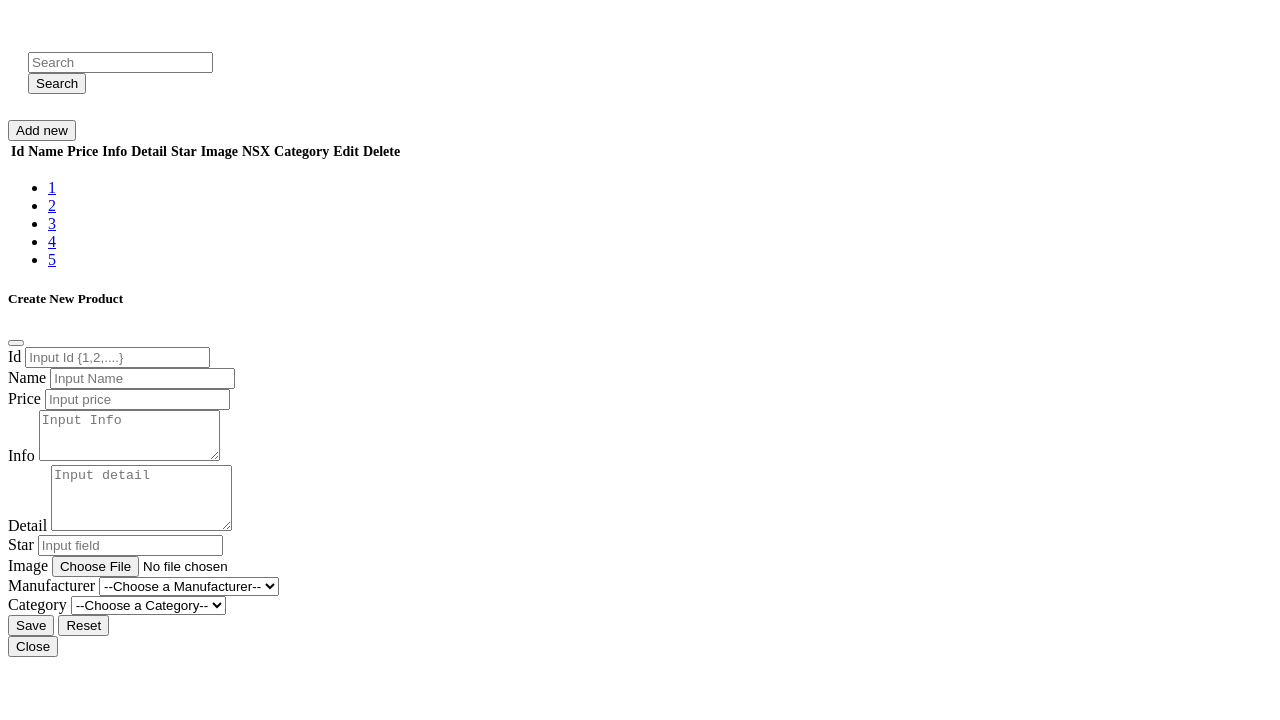
Repository: nguyenhien9/VTI_demo-ecommerce
Page: ADMIN/contentProduct.html
These files come from the project's save history. The page is drawn as it stood at one moment and after the next save; the edit follows.
The browser window is 1280 px wide. The pictures show the whole page.

Above is the page before, as saved 2023-03-31 10:52:23.

### ADMIN/contentProduct.html
<!DOCTYPE html>
<html lang="en">
  <head>
    <meta charset="UTF-8" />
    <meta http-equiv="X-UA-Compatible" content="IE=edge" />
    <meta name="viewport" content="width=device-width, initial-scale=1.0" />
    <title>ContentProduct</title>
  </head>
  <body>
    <div class="col-12 col-sm-12 col-md-12 col-lg-12 col-xl-12 col-xxl-12">
      <br />
      <br />
      <!-- Search -->
      <div class="row justify-content-center g-2">
        <div class="col-12 col-sm-12 col-md-12 col-lg-12 col-xl-12 col-xxl-12">
          <div class="row justify-content-center align-items-center g-2">
            <form
              class="d-flex border rounded w-100"
              style="padding: 8px 8px 8px 20px"
              role="search"
            >
              <div class="col-8 pe-4">
                <input
                  class="form-control me-2"
                  type="search"
                  placeholder="Search"
                  aria-label="Search"
                />
              </div>
              <div class="col-4">
                <button class="btn btn-outline-success" type="submit">
                  Search
                </button>
              </div>
            </form>
          </div>
        </div>
      </div>
      <!-- End Search -->
      <!-- Add product -->
      <br />

      <div class="row justify-content-center border rounded g-2">
        <div class="row justify-content-center g-2 ps-2">
          <div class="col-12">
            <button
              type="button"
              class="btn btn-info text-light"
              data-bs-toggle="modal"
              data-bs-target="#modalId"
            >
              Add new
            </button>
          </div>
        </div>
        <div class="row justify-content-center align-items-center g-2">
          <div class="col-sm-12">
            <div class="table-responsive" style="font-size: 14px">
              <table class="table table-light">
                <thead>
                  <tr>
                    <th scope="col">Id</th>
                    <th scope="col">Name</th>
                    <th scope="col">Price</th>
                    <th scope="col">Info</th>
                    <th scope="col">Detail</th>
                    <th scope="col">Star</th>
                    <th scope="col">Image</th>
                    <th scope="col">NSX</th>
                    <th scope="col">Category</th>
                    <th scope="col">Edit</th>
                    <th scope="col">Delete</th>
                  </tr>
                </thead>
                <tbody id="tableBody">
                  <!-- Row-1 -->

                  <!-- Row-2 -->
                </tbody>
              </table>
            </div>
          </div>
        </div>
        <div class="row justify-content-center align-items-center g-2">
          <div class="col-sm-12">
            <nav aria-label="Page navigation">
              <ul class="pagination ps-4">
                <li class="page-item" aria-current="page">
                  <a class="page-link" href="#">1</a>
                </li>
                <li class="page-item active">
                  <a class="page-link" href="#">2</a>
                </li>
                <li class="page-item"><a class="page-link" href="#">3</a></li>
                <li class="page-item"><a class="page-link" href="#">4</a></li>
                <li class="page-item"><a class="page-link" href="#">5</a></li>
              </ul>
            </nav>
          </div>
        </div>
      </div>
      <!--  Modal Add New  -->
      <!-- Modal Body-->
      <div
        class="modal fade"
        id="modalId"
        tabindex="-1"
        role="dialog"
        aria-labelledby="modalTitleId"
        aria-hidden="true"
      >
        <div class="modal-dialog" role="document">
          <div class="modal-content">
            <div class="modal-header">
              <h5 class="modal-title" id="modalTitleId">Create New Product</h5>
              <button
                type="button"
                class="btn-close"
                data-bs-dismiss="modal"
                aria-label="Close"
              ></button>
            </div>
            <div class="modal-body">
              <div class="container-fluid">
                <div class="col-12">
                  <!-- Product Properties -->

                  <div class="mb-3">
                    <label for="" class="form-label fw-bold">Id</label>
                    <input
                      type="text"
                      name="id"
                      id="id"
                      class="form-control"
                      placeholder="Input Id {1,2,....}"
                    />
                  </div>
                  <div class="mb-3">
                    <label for="" class="form-label fw-bold">Name</label>
                    <input
                      type="text"
                      name="name"
                      id="name"
                      class="form-control"
                      placeholder="Input Name"
                    />
                  </div>
                  <div class="mb-3">
                    <label for="" class="form-label fw-bold">Price</label>
                    <input
                      type="text"
                      name="price"
                      id="price"
                      class="form-control"
                      placeholder="Input price"
                    />
                  </div>
                  <div class="mb-3">
                    <label for="" class="form-label fw-bold">Info</label>
                    <textarea
                      class="form-control"
                      name="info"
                      id="info"
                      rows="3"
                      placeholder="Input Info"
                    ></textarea>
                  </div>
                  <div class="mb-3">
                    <label for="" class="form-label fw-bold">Detail</label>
                    <textarea
                      class="form-control"
                      name="detail"
                      id="detail"
                      rows="4"
                      placeholder="Input detail"
                    ></textarea>
                  </div>
                  <div class="mb-3">
                    <label for="" class="form-label fw-bold">Star</label>
                    <input
                      type="text"
                      name="star"
                      id="star"
                      class="form-control"
                      placeholder="Input field"
                    />
                  </div>
                  <div class="mb-3">
                    <label for="" class="form-label fw-bold">Image</label>
                    <input
                      type="file"
                      name="image"
                      id="image"
                      class="form-control text-secondary"
                      accept="image/*"
                    />
                  </div>
                  <div class="mb-3">
                    <label for="" class="form-label fw-bold"
                      >Manufacturer</label
                    >
                    <select
                      class="form-select form-select-md text-secondary"
                      name="manufacturer"
                      id="manufacturer"
                    >
                      <option selected>--Choose a Manufacturer--</option>
                      <option value="SAMSUNG">SAMSUNG</option>
                      <option value="APPLE">APPLE</option>
                      <option value="XIAOMI">XIAOMI</option>
                      <option value="OPPO">OPPO</option>
                    </select>
                  </div>
                  <div class="mb-3">
                    <label for="" class="form-label fw-bold">Category</label>
                    <select
                      class="form-select form-select-md text-secondary"
                      name=""
                      id="category"
                    >
                      <option selected>--Choose a Category--</option>
                      <option value="Mobile Phone">Mobile Phone</option>
                      <option value="Tablet">Tablet</option>
                      <option value="Laptop">Laptop</option>
                    </select>
                  </div>

                  <!-- Action -->

                  <div class="col-12">
                    <button
                      type="button"
                      class="btn btn-primary fw-semibold"
                      onclick="addNewProduct()"
                    >
                      Save
                    </button>
                    <button
                      type="button"
                      class="btn btn-warning text-light fw-semibold"
                    >
                      Reset
                    </button>
                  </div>
                </div>
              </div>
            </div>
            <div class="modal-footer">
              <div class="col-12">
                <button
                  type="button"
                  class="btn btn-danger float-end"
                  data-bs-dismiss="modal"
                >
                  Close
                </button>
              </div>
            </div>
          </div>
        </div>
      </div>
      <!-- Modal Edit -->
    </div>
  </body>
</html>

After the next save:
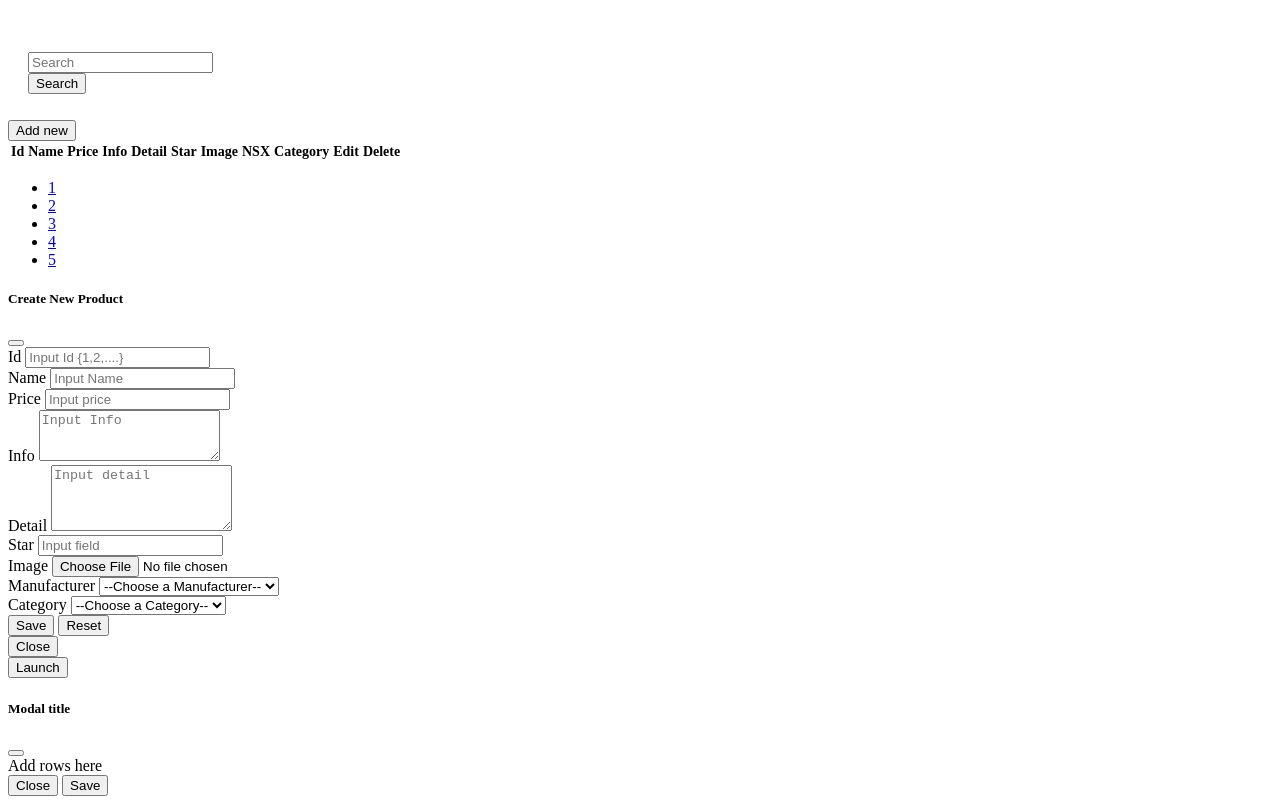
Saved 5 min 39 s later.
--- a/ADMIN/contentProduct.html
+++ b/ADMIN/contentProduct.html
@@ -260,6 +260,65 @@
         </div>
       </div>
       <!-- Modal Edit -->
+      <!-- Button trigger modal -->
+      <button
+        type="button"
+        class="btn btn-primary btn-lg"
+        data-bs-toggle="modal"
+        data-bs-target="#modalId"
+      >
+        Launch
+      </button>
+
+      <!-- Modal -->
+      <div
+        class="modal fade"
+        id="modalId"
+        tabindex="-1"
+        role="dialog"
+        aria-labelledby="modalTitleId"
+        aria-hidden="true"
+      >
+        <div class="modal-dialog" role="document">
+          <div class="modal-content">
+            <div class="modal-header">
+              <h5 class="modal-title" id="modalTitleId">Modal title</h5>
+              <button
+                type="button"
+                class="btn-close"
+                data-bs-dismiss="modal"
+                aria-label="Close"
+              ></button>
+            </div>
+            <div class="modal-body">
+              <div class="container-fluid">Add rows here</div>
+            </div>
+            <div class="modal-footer">
+              <button
+                type="button"
+                class="btn btn-secondary"
+                data-bs-dismiss="modal"
+              >
+                Close
+              </button>
+              <button type="button" class="btn btn-primary">Save</button>
+            </div>
+          </div>
+        </div>
+      </div>
+
+      <script>
+        var modalId = document.getElementById("modalId");
+
+        modalId.addEventListener("show.bs.modal", function (event) {
+          // Button that triggered the modal
+          let button = event.relatedTarget;
+          // Extract info from data-bs-* attributes
+          let recipient = button.getAttribute("data-bs-whatever");
+
+          // Use above variables to manipulate the DOM
+        });
+      </script>
     </div>
   </body>
 </html>

After the 3 saves that followed:
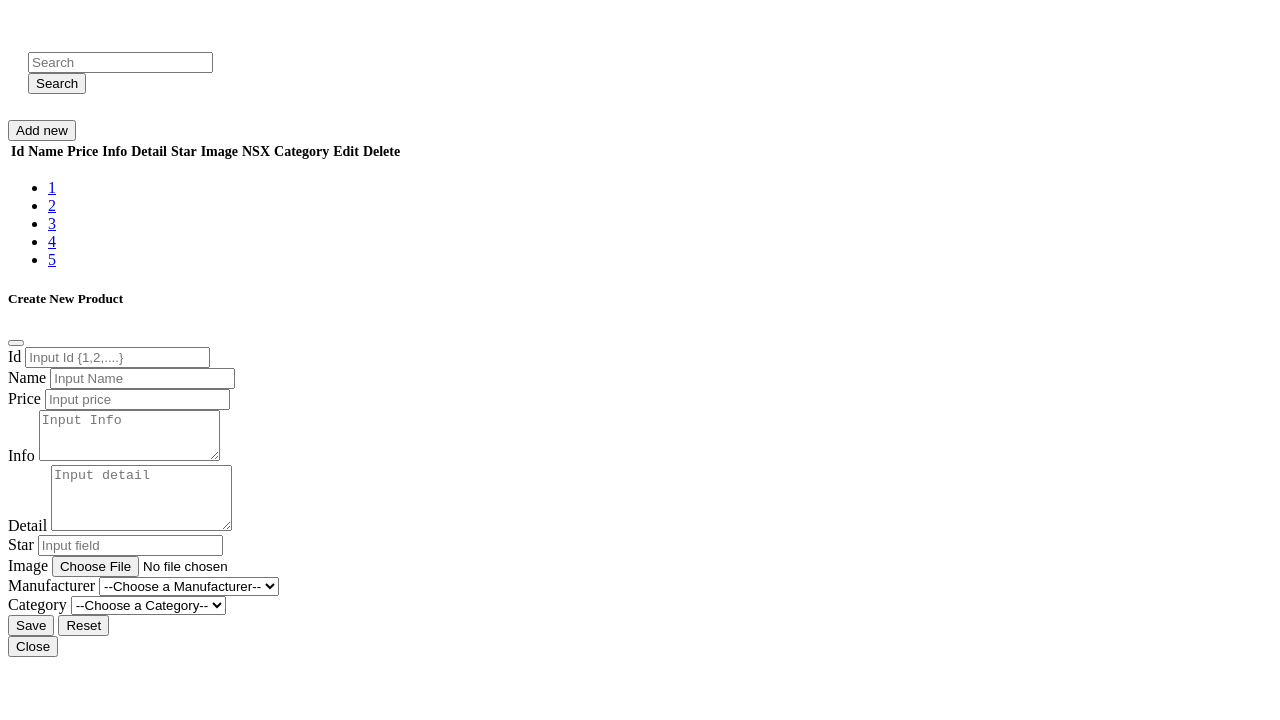
The 3 saves are shown as one change because 2 left the picture as it was.
The last was saved 93 s later.
--- a/ADMIN/contentProduct.html
+++ b/ADMIN/contentProduct.html
@@ -260,65 +260,6 @@
         </div>
       </div>
       <!-- Modal Edit -->
-      <!-- Button trigger modal -->
-      <button
-        type="button"
-        class="btn btn-primary btn-lg"
-        data-bs-toggle="modal"
-        data-bs-target="#modalId"
-      >
-        Launch
-      </button>
-
-      <!-- Modal -->
-      <div
-        class="modal fade"
-        id="modalId"
-        tabindex="-1"
-        role="dialog"
-        aria-labelledby="modalTitleId"
-        aria-hidden="true"
-      >
-        <div class="modal-dialog" role="document">
-          <div class="modal-content">
-            <div class="modal-header">
-              <h5 class="modal-title" id="modalTitleId">Modal title</h5>
-              <button
-                type="button"
-                class="btn-close"
-                data-bs-dismiss="modal"
-                aria-label="Close"
-              ></button>
-            </div>
-            <div class="modal-body">
-              <div class="container-fluid">Add rows here</div>
-            </div>
-            <div class="modal-footer">
-              <button
-                type="button"
-                class="btn btn-secondary"
-                data-bs-dismiss="modal"
-              >
-                Close
-              </button>
-              <button type="button" class="btn btn-primary">Save</button>
-            </div>
-          </div>
-        </div>
-      </div>
-
-      <script>
-        var modalId = document.getElementById("modalId");
-
-        modalId.addEventListener("show.bs.modal", function (event) {
-          // Button that triggered the modal
-          let button = event.relatedTarget;
-          // Extract info from data-bs-* attributes
-          let recipient = button.getAttribute("data-bs-whatever");
-
-          // Use above variables to manipulate the DOM
-        });
-      </script>
     </div>
   </body>
 </html>
